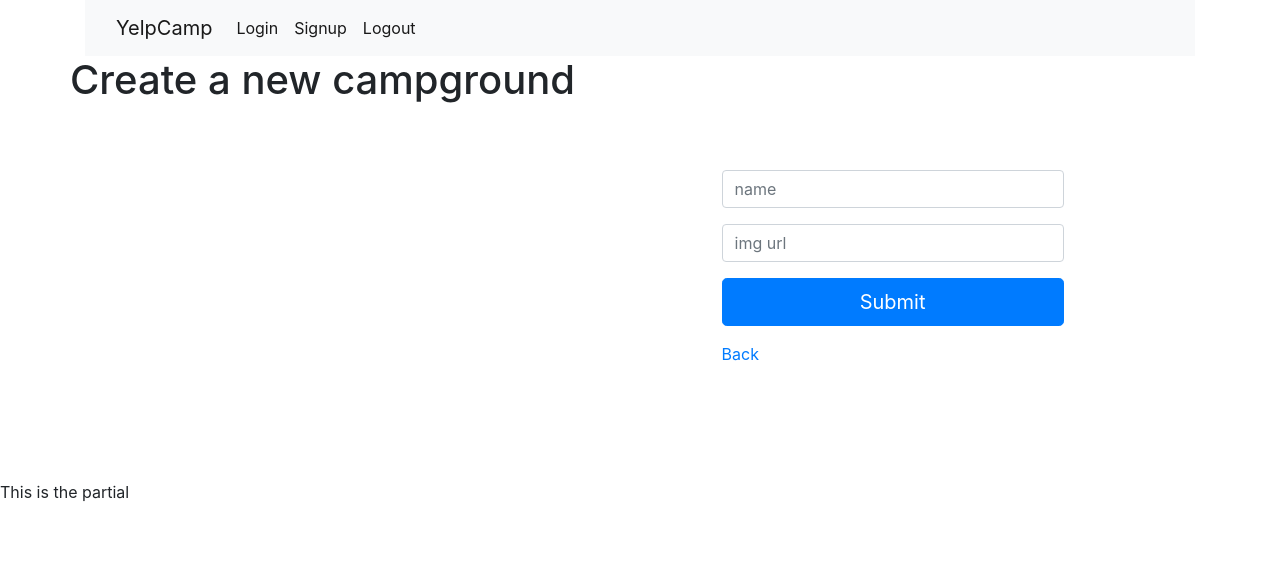
Repository: VictorWangwz/Web-Development
Page: http://localhost/campground/new
The author's editor kept a record of every edit. The page is drawn from the files as they stood at one moment, then again after the next edit.
The browser window is 1280 px wide. The pictures show the whole page.
The page is served by the project's Node server (YelpCamp/v1/app.js).

Above is the page before.

After the next edit:
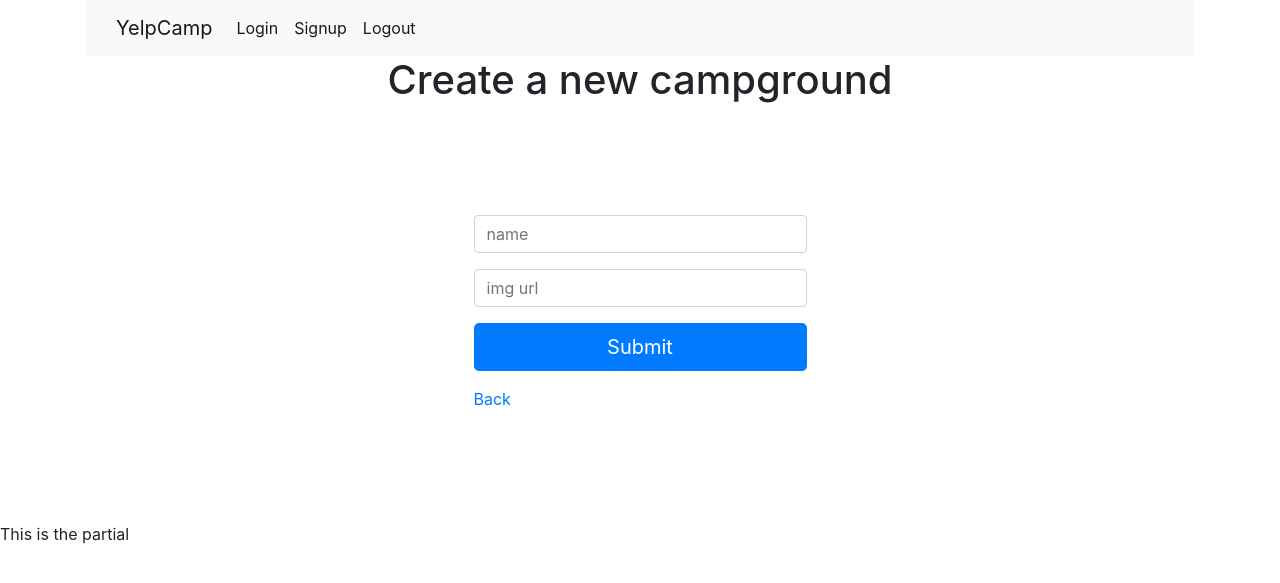
The edit:
--- a/YelpCamp/v1/views/new.ejs
+++ b/YelpCamp/v1/views/new.ejs
@@ -1,7 +1,7 @@
 
 <%include partials/header.ejs%>
 <div class="container">
-   <div class="row">
+   <div>
         <h1 style="text-align:center">Create a new campground</h1>
         <div style="width:30%;margin:10% auto">
             <form action="/campground" method="POST">
